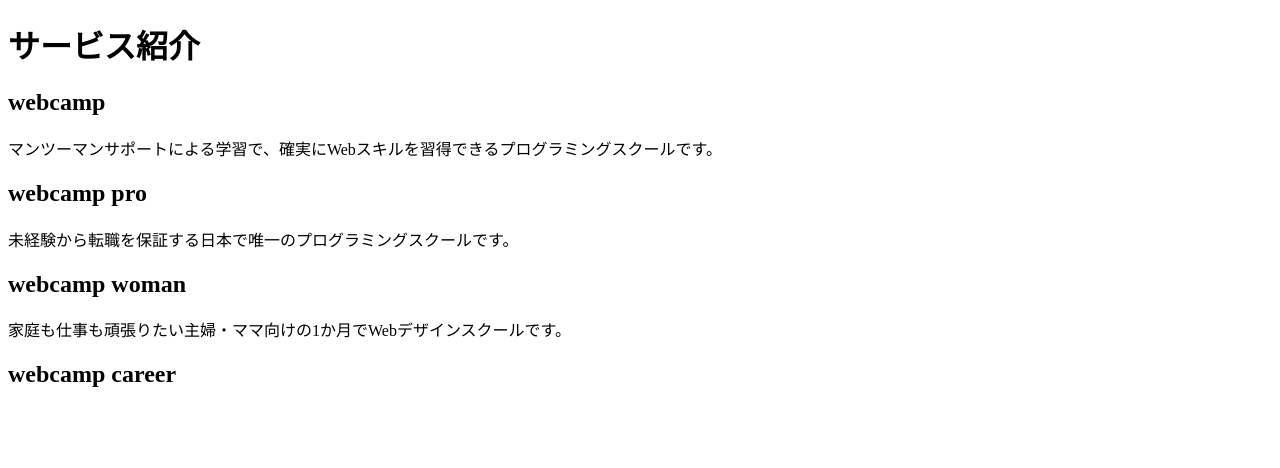
Repository: alamsamiha/html_css
Page: chapter2_exercise/ch2.html
The author's editor kept a record of every edit. The page is drawn from the files as they stood at one moment, then again after the next edit.
The browser window is 1280 px wide. The pictures show the whole page.

Above is the page before.

### chapter2_exercise/ch2.html
<!DOCTYPE HTML>
<html lang="ja">
  <head>
    <meta charset="UTF-8" />
    <title>演習問題２</title>
  </head>

  <body>
    <h1>サービス紹介</h1>
    <h2>webcamp</h2>
    <p>マンツーマンサポートによる学習で、確実にWebスキルを習得できるプログラミングスクールです。</p>
    <a></a>
    <h2>webcamp pro</h2>
    <p>未経験から転職を保証する日本で唯一のプログラミングスクールです。</p>
    <a></a>
    <h2>webcamp woman</h2>
    <p>家庭も仕事も頑張りたい主婦・ママ向けの1か月でWebデザインスクールです。</p>
    <a></a>
    <h2>webcamp career</h2>
    <p></p>
    <a></a>
  </body>
</html>

After the next edit:
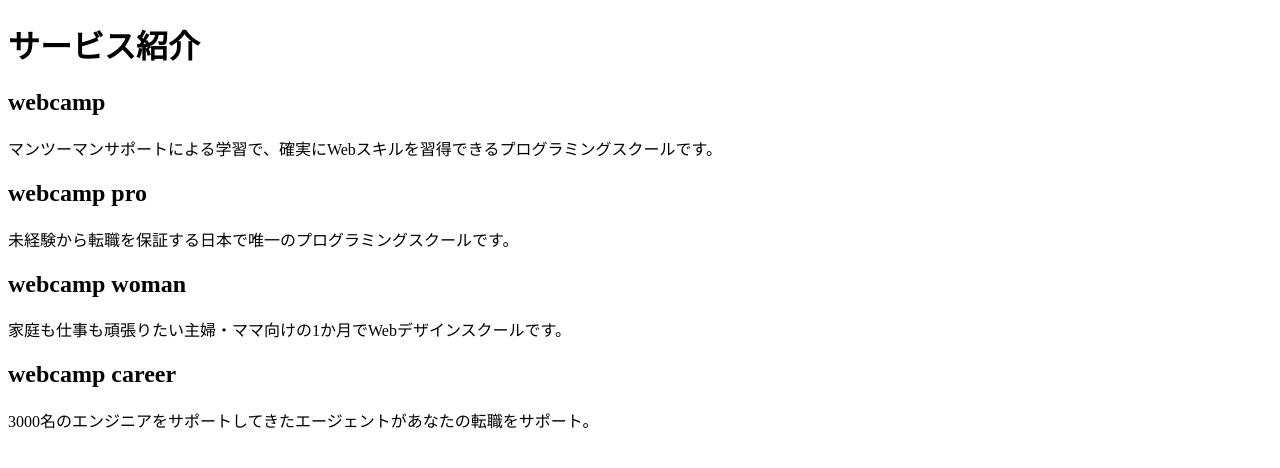
The edit:
--- a/chapter2_exercise/ch2.html
+++ b/chapter2_exercise/ch2.html
@@ -17,7 +17,7 @@
     <p>家庭も仕事も頑張りたい主婦・ママ向けの1か月でWebデザインスクールです。</p>
     <a></a>
     <h2>webcamp career</h2>
-    <p></p>
+    <p>3000名のエンジニアをサポートしてきたエージェントがあなたの転職をサポート。</p>
     <a></a>
   </body>
 </html>
